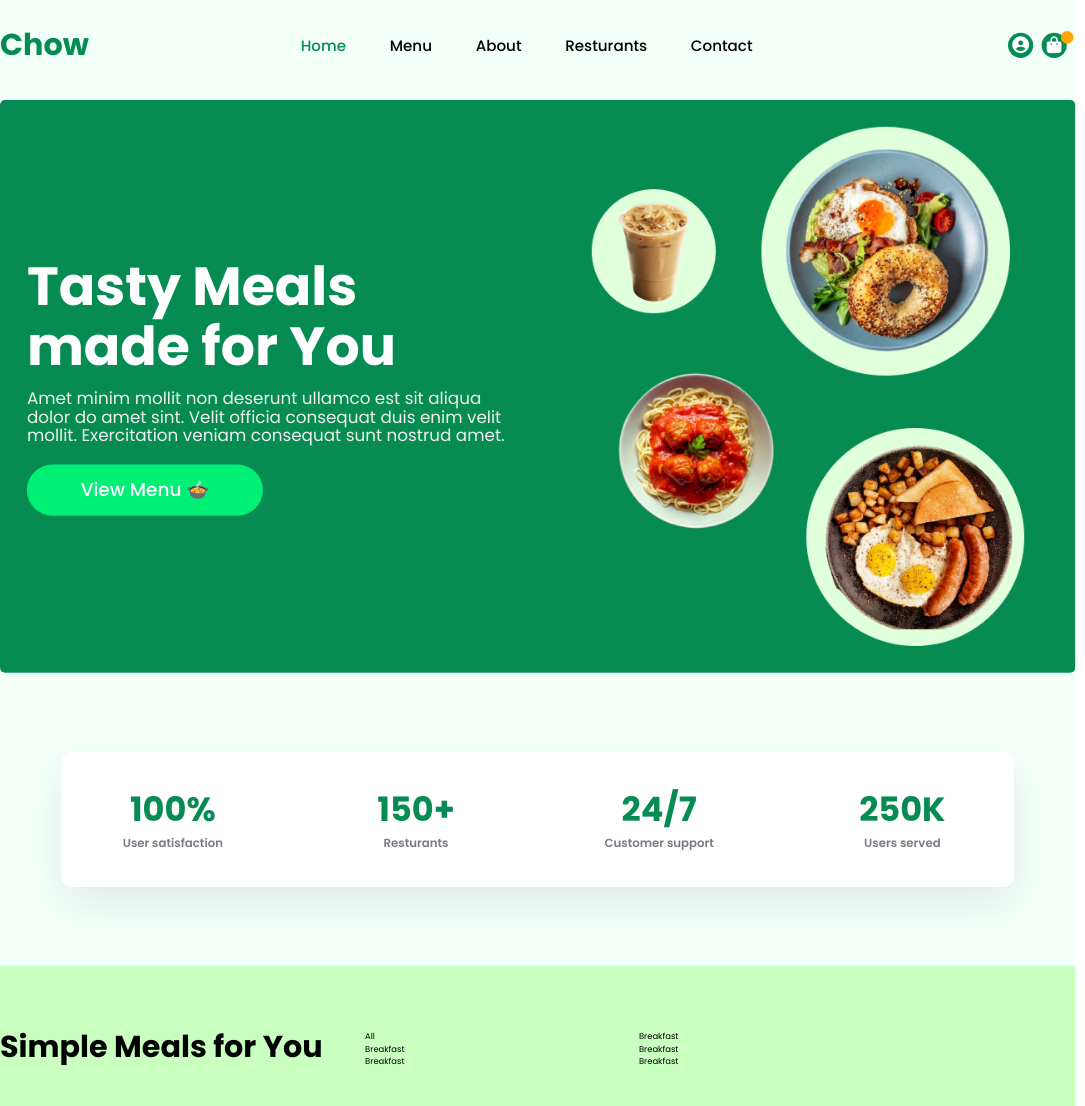
Repository: nguyennam1029/balbal
Page: index.html
These files come from the project's save history. The page is drawn as it stood at one moment and after the next save; the edit follows.
The browser window is 1280 px wide. The page is 1292 px wide, so the pictures cover 1292 px, including what lies to the right of the window. The pictures show the whole page, at 84% of full size.
Some web libraries are served in a nearby version.

Above is the page before, as saved 2022-07-01 18:01:15.

After the next save:
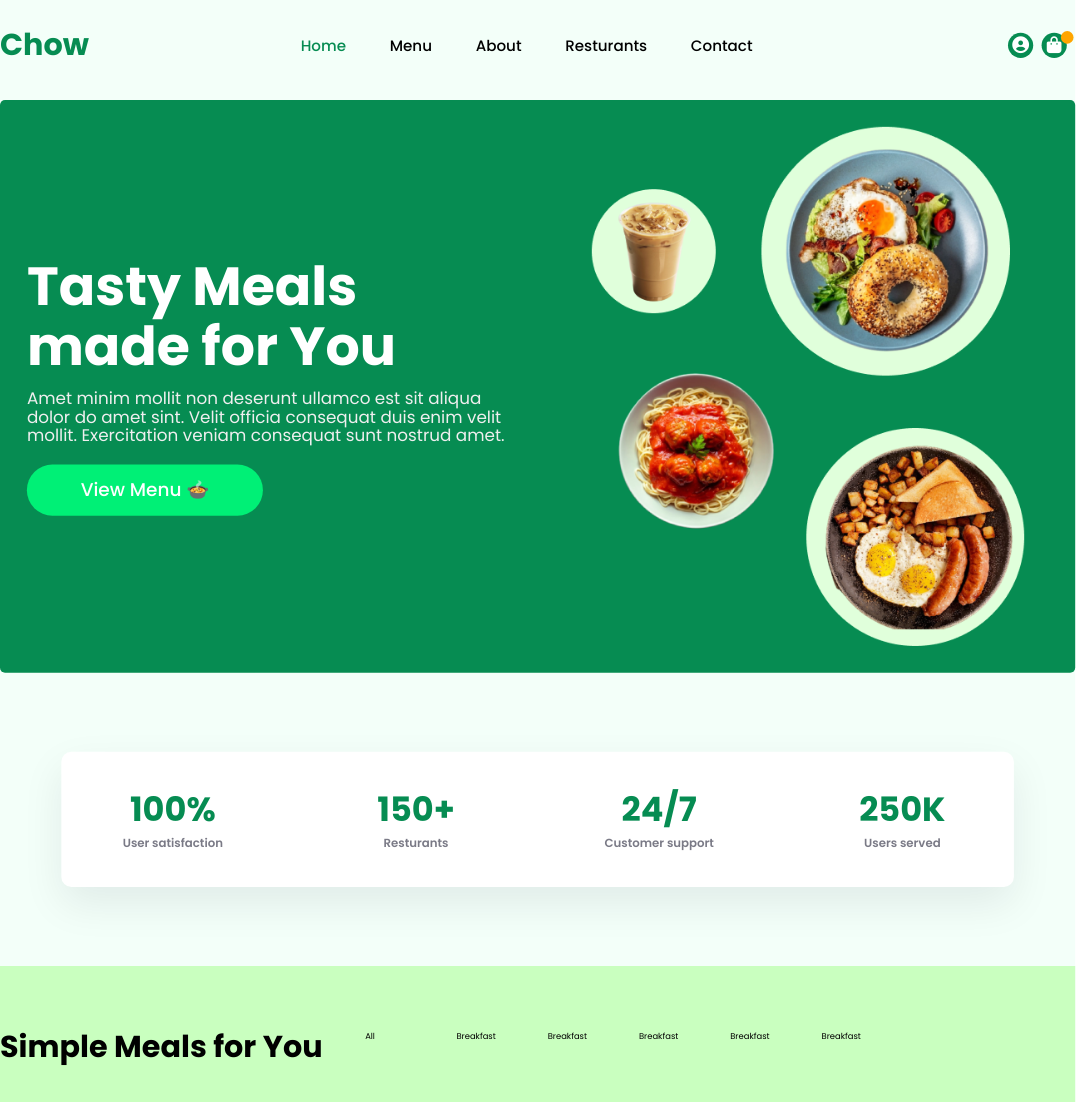
Saved 28 s later.
--- a/index.html
+++ b/index.html
@@ -108,12 +108,12 @@
             </div>
             <div class="col l-6 m-6 c-12">
               <ul class="tab-list row">
-                <li class="tab-item active col l-2 m-4 l-6">All</li>
-                <li class="tab-item col l-2 m-4 l-6">Breakfast</li>
-                <li class="tab-item col l-2 m-4 l-6">Breakfast</li>
-                <li class="tab-item col l-2 m-4 l-6">Breakfast</li>
-                <li class="tab-item col l-2 m-4 l-6">Breakfast</li>
-                <li class="tab-item col l-2 m-4 l-6">Breakfast</li>
+                <li class="tab-item active col l-2 m-4 m-6">All</li>
+                <li class="tab-item col l-2 m-4 m-6">Breakfast</li>
+                <li class="tab-item col l-2 m-4 m-6">Breakfast</li>
+                <li class="tab-item col l-2 m-4 m-6">Breakfast</li>
+                <li class="tab-item col l-2 m-4 m-6">Breakfast</li>
+                <li class="tab-item col l-2 m-4 m-6">Breakfast</li>
               </ul>
             </div>
           </div>
